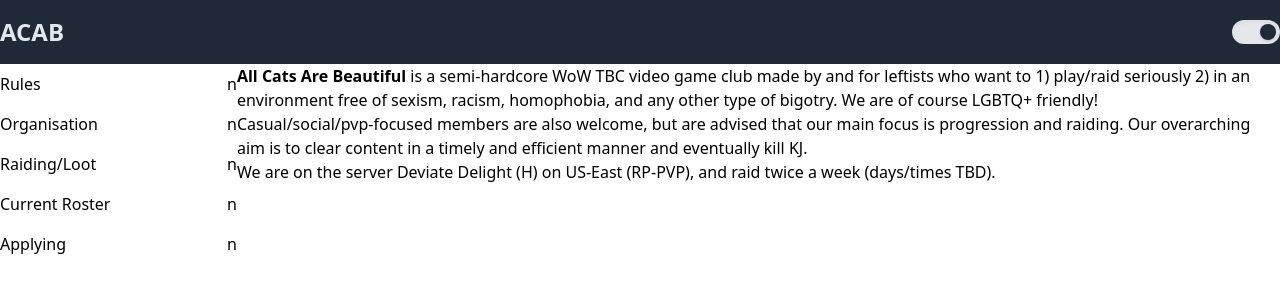
Repository: eaang/catguild_frontend
Page: /
An editor plug-in stored every save of this project. The page is shown before and after the next save, followed by the edit.
The browser window is 1280 px wide. The pictures show the whole page.
The project was rebuilt for these pictures with package versions that can differ from the ones it lists, and the page was loaded fresh each time. The framework's server and built-in components were replaced by stand-ins that run in the browser. Also part of the build but not shown: nuxt.config.js, components/ContentBox.vue, components/ContentEditor.vue, components/ImageBox.vue, components/SidebarMain.vue, components/SidebarSub.vue, components/TheFoooter.vue, components/icons/ChevronDown.vue and 19 more. Imported but missing from the stored project, and not drawn on this page: apollo/queries/categories/category.

Above is the page before, as saved 2021-04-02 19:02:24.

### components/SidebarItem.vue
<template>
  <div class="flex justify-between items-center" @click="toggle = !toggle">
    <div class="py-2">{{ title }}</div>
    <div v-if="toggle">y</div>
    <div v-if="!toggle">n</div>
  </div>
</template>

<script>
export default {
  props: {
    title: {
      type: String,
      default: 'Category',
    },
  },
  data() {
    return {
      toggle: false,
    }
  },
}
</script>

### components/TheHeader.vue
<template>
  <div
    class="w-full h-16 flex items-center bg-gray-200 dark:bg-gray-800 transition duration-200"
  >
    <div class="container flex justify-between items-center">
      <div class="left-side">
        <nuxt-link to="/"
          ><div class="text-2xl font-bold text-gray-800 dark:text-gray-200">
            ACAB
          </div></nuxt-link
        >
      </div>
      <div class="right-side">
        <div @click="changeTheme">
          <ToggleButton :is-active="thisTheme" />
        </div>
      </div>
    </div>
  </div>
</template>

<script>
export default {
  data() {
    return {
      thisTheme: false,
    }
  },
  methods: {
    changeTheme() {
      this.thisTheme = !this.thisTheme
      this.$nuxt.$emit('change-theme')
    },
  },
}
</script>

### components/TheSidebar.vue
<template>
  <div class="">
    <SidebarItem title="Rules" />
    <SidebarItem title="Organisation" />
    <SidebarItem title="Raiding/Loot" />
    <SidebarItem title="Current Roster" />
    <SidebarItem title="Applying" />
  </div>
</template>

<script>
export default {}
</script>

### components/ToggleButton.vue
<template>
  <div
    class="w-12 h-6 px-1 rounded-full grid justify-items-auto items-center shadow-inner transition duration-200"
    :class="{ 'bg-gray-800': currentStatus, 'bg-gray-200': !currentStatus }"
  >
    <transition name="left">
      <div
        v-if="currentStatus"
        class="bg-gray-200 w-4 h-4 rounded-full shadow justify-self-start shadow-"
      ></div>
    </transition>
    <transition name="right">
      <div
        v-if="!currentStatus"
        class="bg-gray-800 w-4 h-4 rounded-full shadow justify-self-end"
      ></div>
    </transition>
  </div>
</template>

<script>
export default {
  props: {
    isActive: {
      type: Boolean,
      default: false,
    },
  },
  computed: {
    currentStatus() {
      return this.isActive
    },
  },
}
</script>

<style scoped>
.left-enter-active,
.left-leave-enter {
  transform: translateX(0);
  transition: all 0.2s linear;
}
.left-enter,
.left-leave-to {
  transform: translateX(100%);
}
.right-enter-active,
.right-leave-enter {
  transform: translateX(0);
  transition: all 0.2s linear;
}
.right-enter,
.right-leave-to {
  transform: translateX(-100%);
}
</style>

### layouts/default.vue
<template>
  <div class="relative pt-16 h-screen" :class="{ dark: darkTheme }">
    <TheHeader class="absolute inset-x-0 top-0" />
    <div class="container h-full">
      <div class="flex h-full">
        <TheSidebar class="w-1/3 h-full" />
        <Nuxt class="h-full" />
      </div>
      <TheFooter />
    </div>
  </div>
</template>

<script>
export default {
  data() {
    return {
      darkTheme: true,
    }
  },
  created() {
    this.$nuxt.$on('change-theme', () => {
      this.darkTheme = !this.darkTheme
    })
  },
}
</script>

### pages/index.vue
<template>
  <div>
    <p>
      <strong> All Cats Are Beautiful </strong>
      is a semi-hardcore WoW TBC video game club made by and for leftists who
      want to 1) play/raid seriously 2) in an environment free of sexism,
      racism, homophobia, and any other type of bigotry. We are of course LGBTQ+
      friendly!
    </p>
    <p>
      Casual/social/pvp-focused members are also welcome, but are advised that
      our main focus is progression and raiding. Our overarching aim is to clear
      content in a timely and efficient manner and eventually kill KJ.
    </p>
    <p>
      We are on the server Deviate Delight (H) on US-East (RP-PVP), and raid
      twice a week (days/times TBD).
    </p>
  </div>
</template>

<script>
export default {}
</script>

### tailwind.config.js
module.exports = {
  purge: [
    './components/**/*.{vue,js}',
    './layouts/**/*.vue',
    './pages/**/*.vue',
    './plugins/**/*.{js,ts}',
    './nuxt.config.{js,ts}',
  ],
  darkMode: 'class', // or 'media' or 'class'
  theme: {
    container: {
      center: true,
    },
    extend: {},
  },
  variants: {
    extend: {},
  },
  plugins: [],
}

Loaded but not shown: assets/css/tailwind.css (common file); components/TheFooter.vue (common file)

After the next save:
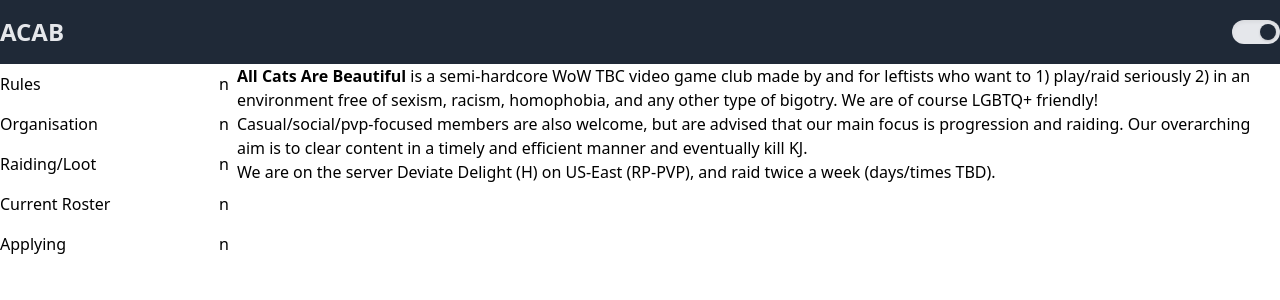
Saved 24 s later.
--- a/components/SidebarItem.vue
+++ b/components/SidebarItem.vue
@@ -1,8 +1,10 @@
 <template>
   <div class="flex justify-between items-center" @click="toggle = !toggle">
     <div class="py-2">{{ title }}</div>
-    <div v-if="toggle">y</div>
-    <div v-if="!toggle">n</div>
+    <div class="px-2">
+      <div v-if="toggle">y</div>
+      <div v-if="!toggle">n</div>
+    </div>
   </div>
 </template>
 
